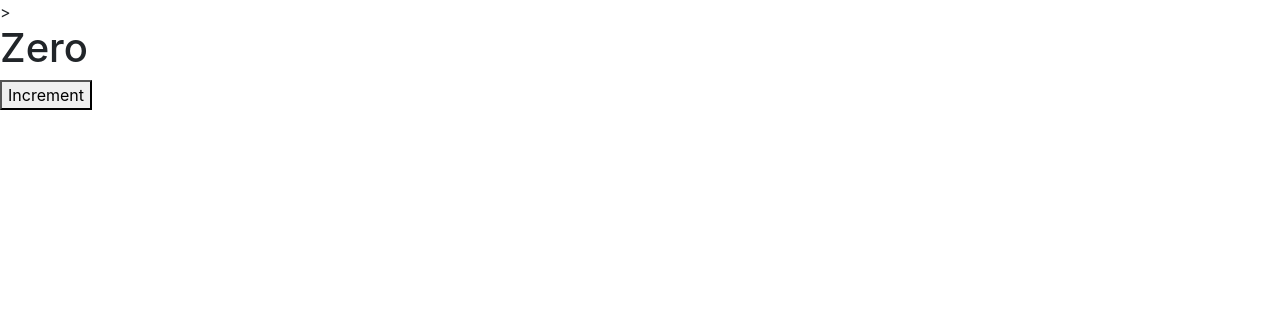
Repository: smk87/First-React-App
Page: /
These files come from the project's save history. The page is drawn as it stood at one moment and after the next save; the edit follows.
The browser window is 1280 px wide. The pictures show the whole page.
Pictures or frames that could not be fetched are drawn as grey boxes. The project was rebuilt for these pictures with package versions that can differ from the ones it lists, and the page was loaded fresh each time. Also part of the build but not shown: src/App.css, src/App.js.

Above is the page before, as saved 2019-01-04 20:34:58.

After the next save:
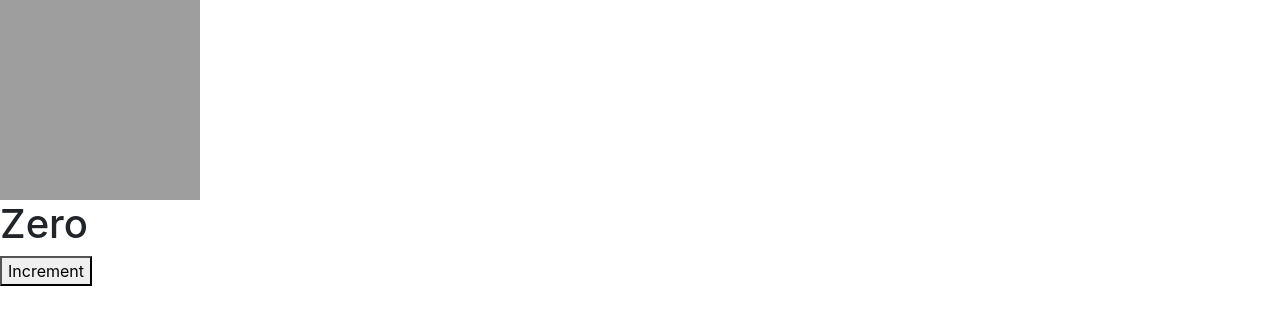
Saved 38 s later.
--- a/src/components/counter.jsx
+++ b/src/components/counter.jsx
@@ -8,7 +8,8 @@ class Counter extends Component {
   render() {
     return (
       <div>
-        <img />><h1>{this.formatCount()}</h1>
+        <img src={this.state.imageUrl} alt="" />
+        <h1>{this.formatCount()}</h1>
         <button>Increment</button>
       </div>
     );
